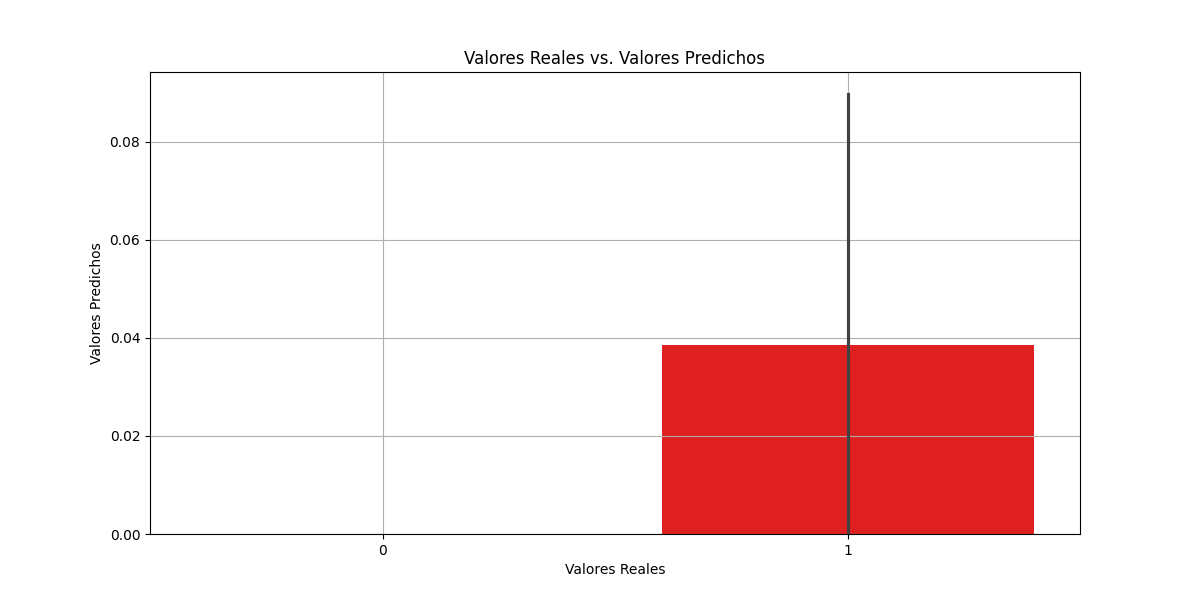
Repository: Carlos5anchez/machineLearning
Script's output: python Tarea 4. Arboles de Decision/__init__.py
The author's editor kept a copy of each file at every save. The script's output is drawn from the files as they stood at one save, then again after the next save.
Random numbers start from a fixed seed.

Above is the script's output before, as saved 2023-11-10 00:13:56.

### Tarea 4. Arboles de Decision/__init__.py


from matplotlib import pyplot as plt
import pandas as pd
from sklearn.model_selection import train_test_split
import seaborn as sns

#============Librerias propias================
from utils.arbol_decision import DecisionTreeClassifier
from utils.metricas import Metricas

# Importamos el dataset necesario
data=pd.read_csv('./outputs/diabetes.csv') #Cargamos el dataset

X=data.iloc[:,0:7].values #Cargamos las columnas de 0 a 7
y=data.iloc[:,8].values #Cargamos la columna 8

X_train, X_test, y_train, y_test = train_test_split(X, y, test_size=0.3, random_state=143)



decisionTreeClassifier = DecisionTreeClassifier(max_depth=130)
decisionTreeClassifier.fit(X_train,y_train)
predicted=decisionTreeClassifier.predict(X_test)
print(predicted)
print(y_test)
metricas= Metricas(y_test,predicted)
metricas.get_all()


# Gráfico de dispersión de los valores reales vs. predichos
plt.figure(figsize=(12, 6))
# sns.scatterplot(x=real_values, y=predict_values, alpha=0.6)
sns.barplot(x=y_test, y=predicted, color='red')  # Línea de identidad (perfecta predicción)
plt.xlabel('Valores Reales')
plt.ylabel('Valores Predichos')
plt.title('Valores Reales vs. Valores Predichos')
plt.grid(True)
plt.show()

### Tarea 4. Arboles de Decision/utils/arbol_decision.py
import numpy as np

class DecisionNode:
    def __init__(self, feature_index=None, threshold=None, left=None, right=None, gini=None, value=None):
        # Para nodos de decisión
        self.feature_index = feature_index
        self.threshold = threshold
        self.left = left
        self.right = right
        self.gini = gini
        # Para hojas
        self.value = value

class DecisionTreeClassifier:
    def __init__(self, max_depth=None):
        self.max_depth = max_depth
        self.root = None

    def fit(self, X, y):
        self.root = self._grow_tree(X, y)

    def _grow_tree(self, X, y, depth=0):
        num_samples_per_class = [np.sum(y == i) for i in np.unique(y)]
        predicted_class = np.argmax(num_samples_per_class)
        node = DecisionNode(value=predicted_class)

        # Stop splitting if max depth is reached
        if depth >= self.max_depth:
            return node

        if len(np.unique(y)) == 1:
            return node

        best_feature, best_threshold, best_gini = self._best_split(X, y)
        if best_gini is None:
            return node

        left_indices = X[:, best_feature] < best_threshold
        right_indices = X[:, best_feature] >= best_threshold
        left = self._grow_tree(X[left_indices], y[left_indices], depth + 1)
        right = self._grow_tree(X[right_indices], y[right_indices], depth + 1)
        return DecisionNode(best_feature, best_threshold, left, right, best_gini)

    def _gini(self, y):
        m = len(y)
        return 1.0 - sum((np.sum(y == c) / m) ** 2 for c in np.unique(y))

    def _best_split(self, X, y):
        m, n = X.shape
        best_gini = 1.0
        best_feature, best_threshold = None, None

        for feature_index in range(n):
            thresholds = np.unique(X[:, feature_index])
            for threshold in thresholds:
                left_indices = X[:, feature_index] < threshold
                right_indices = X[:, feature_index] >= threshold
                if len(left_indices) == 0 or len(right_indices) == 0:
                    continue

                gini_left = self._gini(y[left_indices])
                gini_right = self._gini(y[right_indices])
                gini = (len(left_indices) * gini_left + len(right_indices) * gini_right) / m

                if gini < best_gini:
                    best_gini = gini
                    best_feature = feature_index
                    best_threshold = threshold

        return best_feature, best_threshold, best_gini

    def predict(self, X):
        predictions = []
        for inputs in X:
            node = self.root
            while node.value is None:
                if inputs[node.feature_index] < node.threshold:
                    node = node.left
                else:
                    node = node.right
            predictions.append(node.value)
        return predictions

### Tarea 4. Arboles de Decision/utils/metricas.py
import math


class Metricas:
    def __init__(self, real_values, predict_values):
      self.real_values = real_values
      self.predict_values = predict_values

    #Mean Squared Error (MSE)
    def mean_square(self):
        squared_errors = [(real - pred) ** 2 for real, pred in zip( self.real_values,  self.predict_values)]
        mse = sum(squared_errors) / len( self.real_values)
        print(f"Mean Squared Error: {mse}")

    #Root Mean Squared Error (RMSE)
    def root_mean_square(self):
        squared_errors = [(real - pred) ** 2 for real, pred in zip( self.real_values,  self.predict_values)]
        mse = sum(squared_errors) / len( self.real_values)
        rmse = math.sqrt(mse)
        print(f"Root Mean Squared Error: {rmse}")

    # Mean Absolute Error (MAE)
    def mean_absolute(self):
        absolute_errors = [abs(real - pred) for real, pred in zip( self.real_values,  self.predict_values)]
        mae = sum(absolute_errors) / len( self.real_values)
        print(f"Mean Absolute Error: {mae}")

    #Relative Square Error (RSE)
    def relative_square(self):
        squared_errors = [(real - pred) ** 2 for real, pred in zip( self.real_values,  self.predict_values)]
        average = sum(squared_errors) / len( self.real_values)
        rse = average / sum([(real - average) ** 2 for real in  self.real_values])
        print(f"Relative Square Error: {rse}")

    # Relative Absolute Error (RAE)
    def relative_absolute(self):
        absolute_errors = [abs(real - pred) for real, pred in zip( self.real_values,  self.predict_values)]
        average = sum(absolute_errors) / len( self.real_values)
        rae = average / sum([abs(real - average) for real in  self.real_values])
        print(f"Relative Absolute Error: {rae}")

    # Correlation Coeficient (CC)
    def correlation_coeficient(self):
        try:
          average_real = sum( self.real_values) / len( self.real_values)
          average_predict = sum( self.predict_values) / len( self.predict_values)
          numerator = sum([(real - average_real) * (pred - average_predict) for real, pred in zip( self.real_values,  self.predict_values)])
          denominator = math.sqrt(sum([(real - average_real) ** 2 for real in  self.real_values]) * sum([(pred - average_predict) ** 2 for pred in  self.predict_values]))
          cc = numerator / denominator
          print(f"Correlation Coeficient: {cc}")
        except:
          print('An exception occurred')

    # Coeficient of Determination (R²)
    def determination_coeficient(self):
        average_real = sum( self.real_values) / len( self.real_values)
        numerator = sum([(real - pred) ** 2 for real, pred in zip( self.real_values,  self.predict_values)])
        denominator = sum([(real - average_real) ** 2 for real in  self.real_values])
        r2 = 1 - (numerator / denominator)
        print(f"Determination Coeficient: {r2}")

    # Chi-Square (χ²)
    def chi_square(self):
        squared_errors = [(real - pred) ** 2 for real, pred in zip( self.real_values,  self.predict_values)]
        chi = sum(squared_errors) / sum( self.real_values)
        print(f"Chi-Square: {chi}")

    def get_all(self):
        self.mean_square()
        self.root_mean_square()
        self.mean_absolute()
        self.relative_square()
        self.relative_absolute()
        self.correlation_coeficient()
        self.determination_coeficient()
        self.chi_square()

Loaded but not shown: Tarea 4. Arboles de Decision/outputs/diabetes.csv (769 lines, source omitted)

After the next save:
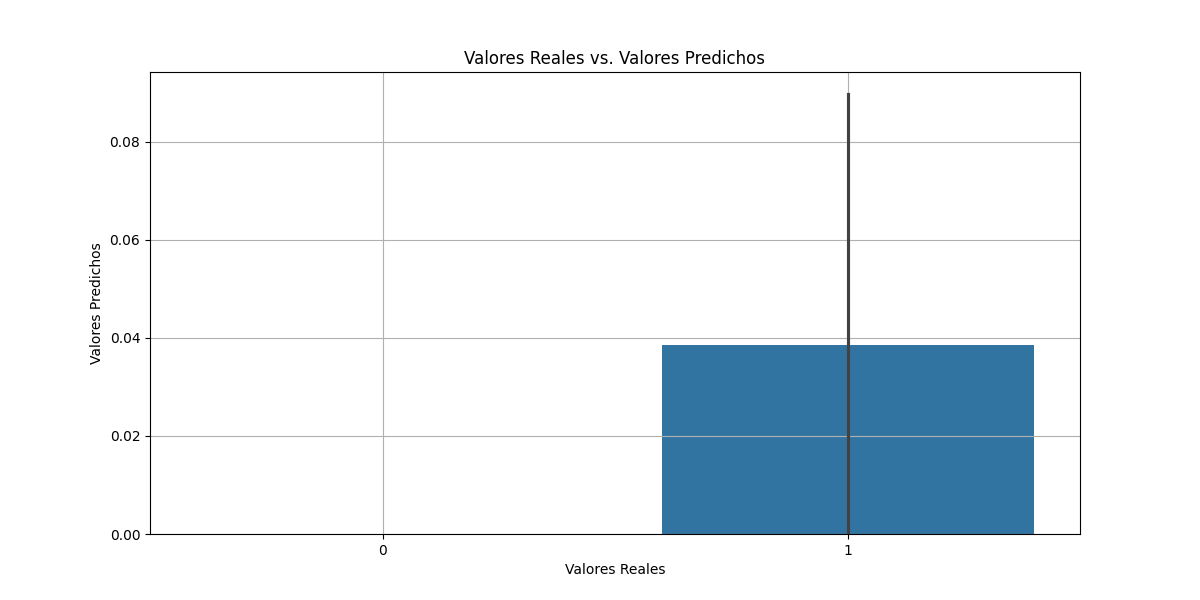
Saved 40 s later.
--- a/Tarea 4. Arboles de Decision/__init__.py
+++ b/Tarea 4. Arboles de Decision/__init__.py
@@ -31,7 +31,7 @@ metricas.get_all()
 # Gráfico de dispersión de los valores reales vs. predichos
 plt.figure(figsize=(12, 6))
 # sns.scatterplot(x=real_values, y=predict_values, alpha=0.6)
-sns.barplot(x=y_test, y=predicted, color='red')  # Línea de identidad (perfecta predicción)
+sns.barplot(x=y_test, y=predicted)  # Línea de identidad (perfecta predicción)
 plt.xlabel('Valores Reales')
 plt.ylabel('Valores Predichos')
 plt.title('Valores Reales vs. Valores Predichos')
